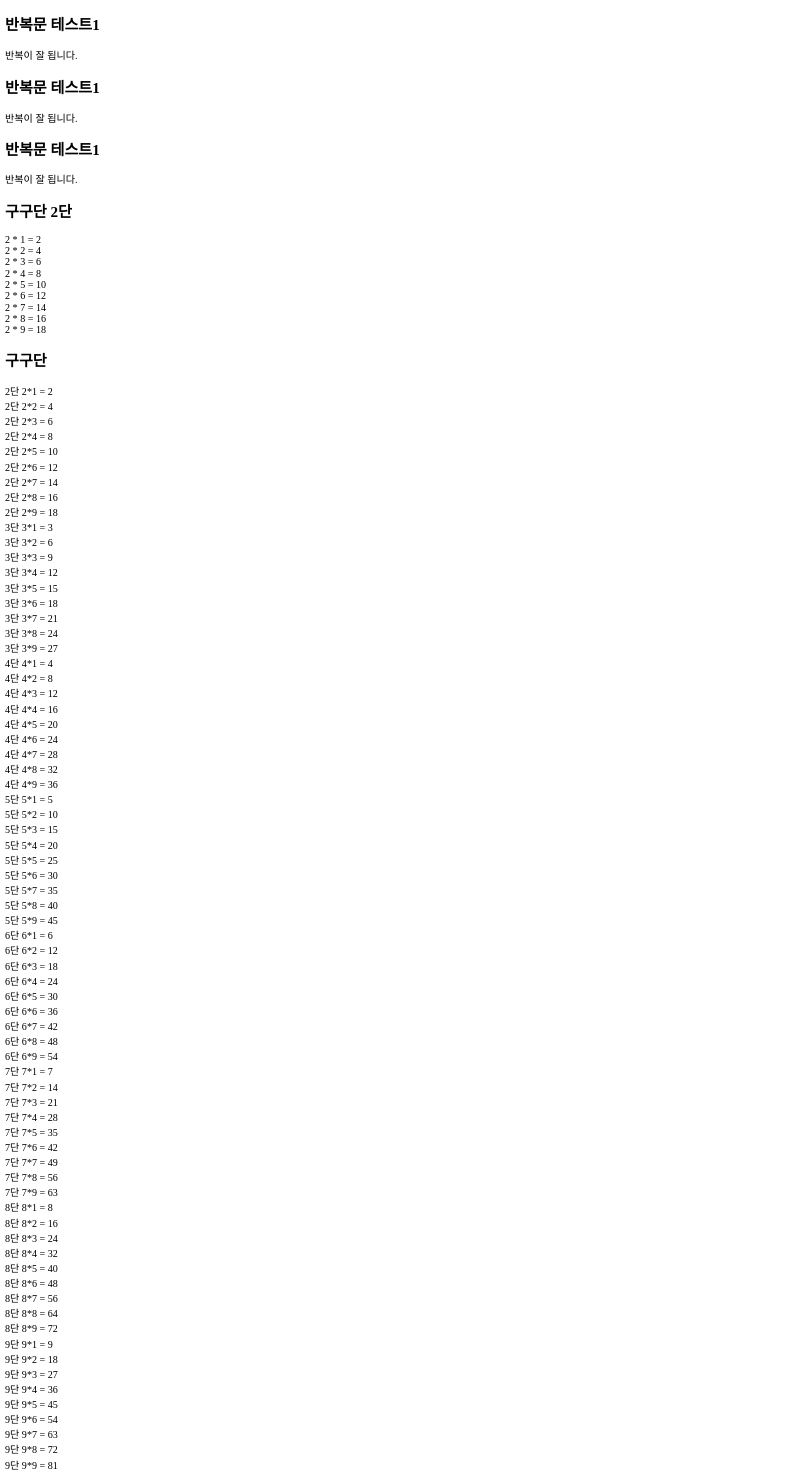
Repository: jjjjjjji-hun/jsp_practice
Page: http://localhost/JSPBasic/jspTag/Scriptlet.jsp
These files come from the project's save history. The page is drawn as it stood at one moment and after the next save; the edit follows.
The browser window is 1280 px wide. The pictures show the whole page, at 63% of full size.
The page is served by Tomcat 9.

Above is the page before, as saved 2022-01-28 03:15:04.

### JSPBasic/src/main/webapp/jspTag/Scriptlet.jsp
<%@ page language="java" contentType="text/html; charset=UTF-8"
    pageEncoding="UTF-8"%>
<!DOCTYPE html>
<html>
<head>
<meta charset="UTF-8">
<title>구구단</title>
</head>
<body>
	<!-- 스크립트릿 내부에는 자바 코드를 작성할 수 있으며
	이 코드를 반영해 페이지가 구성됩니다. -->
	<% for(int i = 0; i < 3; i++){ %>
		<h2>반복문 테스트1</h2>
		<p>
			반복이 잘 됩니다.
		</p>
	<% } %>

	<!-- 하단에 구구단 코드를 작성해주세요.
	System.out.println()이 괄호 내 구문을 콘솔에 찍히게 해줬다면
	out.println()은 html화면에 괄호 내 구문을 콘솔에 찍히게 해줍니다.
	(javascript의 document.write()와 같은 역할) -->
	<h2>구구단 2단</h2>
	<% for(int i = 1; i < 10; i++){
			out.println("2 * " + i + " = " + 2*i + "<br/>");
	   }
	 %>
	<h2>구구단</h2>
	<% for(int i = 2; i < 10; i++){
		for(int j = 1; j < 10; j++){
			out.println(i + "단");
			out.println(i + "*" + j + " = " + i*j + "<br/>");
		}
	   } %>
</body>
</html>

After the next save:
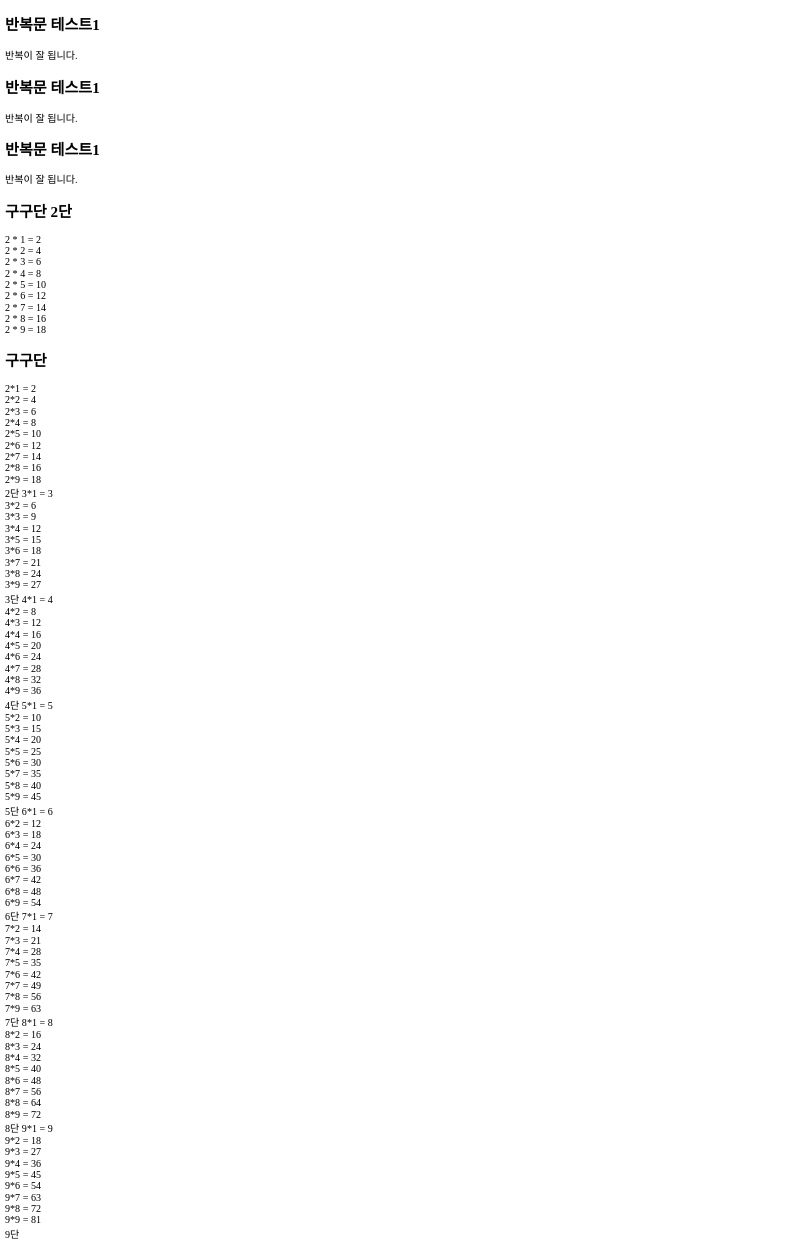
Saved 118 s later.
--- a/JSPBasic/src/main/webapp/jspTag/Scriptlet.jsp
+++ b/JSPBasic/src/main/webapp/jspTag/Scriptlet.jsp
@@ -28,9 +28,9 @@
 	<h2>구구단</h2>
 	<% for(int i = 2; i < 10; i++){
 		for(int j = 1; j < 10; j++){
-			out.println(i + "단");
 			out.println(i + "*" + j + " = " + i*j + "<br/>");
 		}
+			out.println(i + "단");
 	   } %>
 </body>
 </html>
